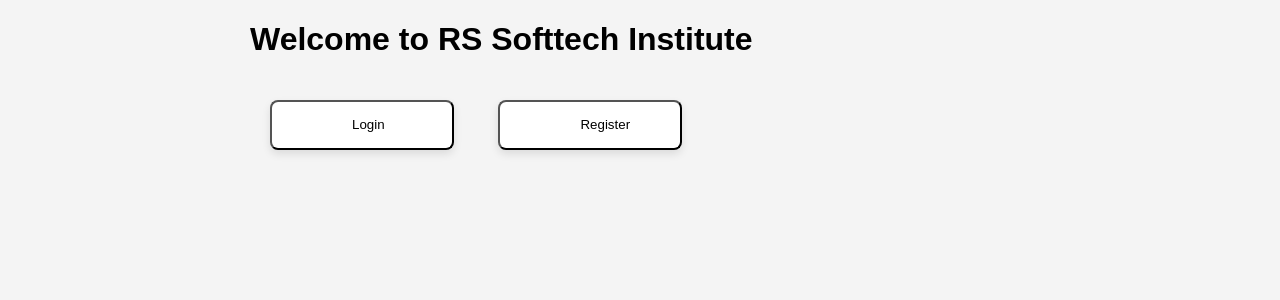
Repository: kkale14/My_allpr
Page: Kalyani1/src/main/webapp/Newpage.html
An editor plug-in stored every save of this project. The page is shown before and after the next save, followed by the edit.
The browser window is 1280 px wide. The pictures show the whole page.

Above is the page before, as saved 2025-03-03 08:35:01.

After the next save:
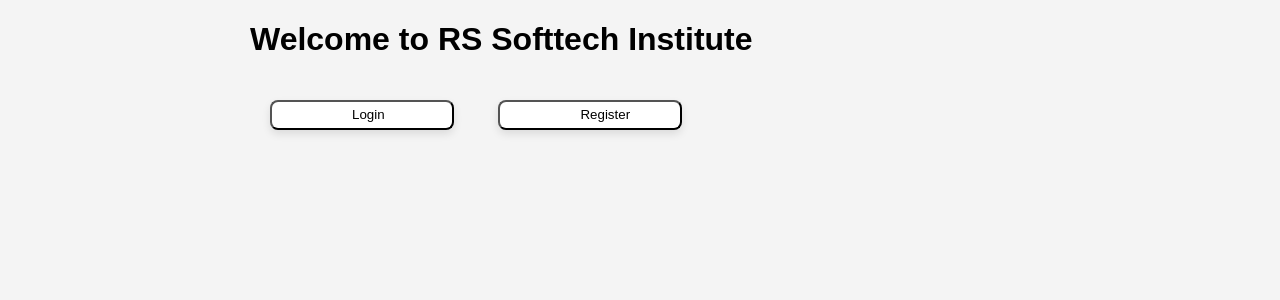
Saved 16 s later.
--- a/Kalyani1/src/main/webapp/Newpage.html
+++ b/Kalyani1/src/main/webapp/Newpage.html
@@ -18,8 +18,8 @@
             color: #333;
         }
         .container{
-          width: 50px;
-          height:50px;
+          width: 30px;
+          height:30px;
           text-align:center;
             margin: 20px;
             padding-left: 80px;
